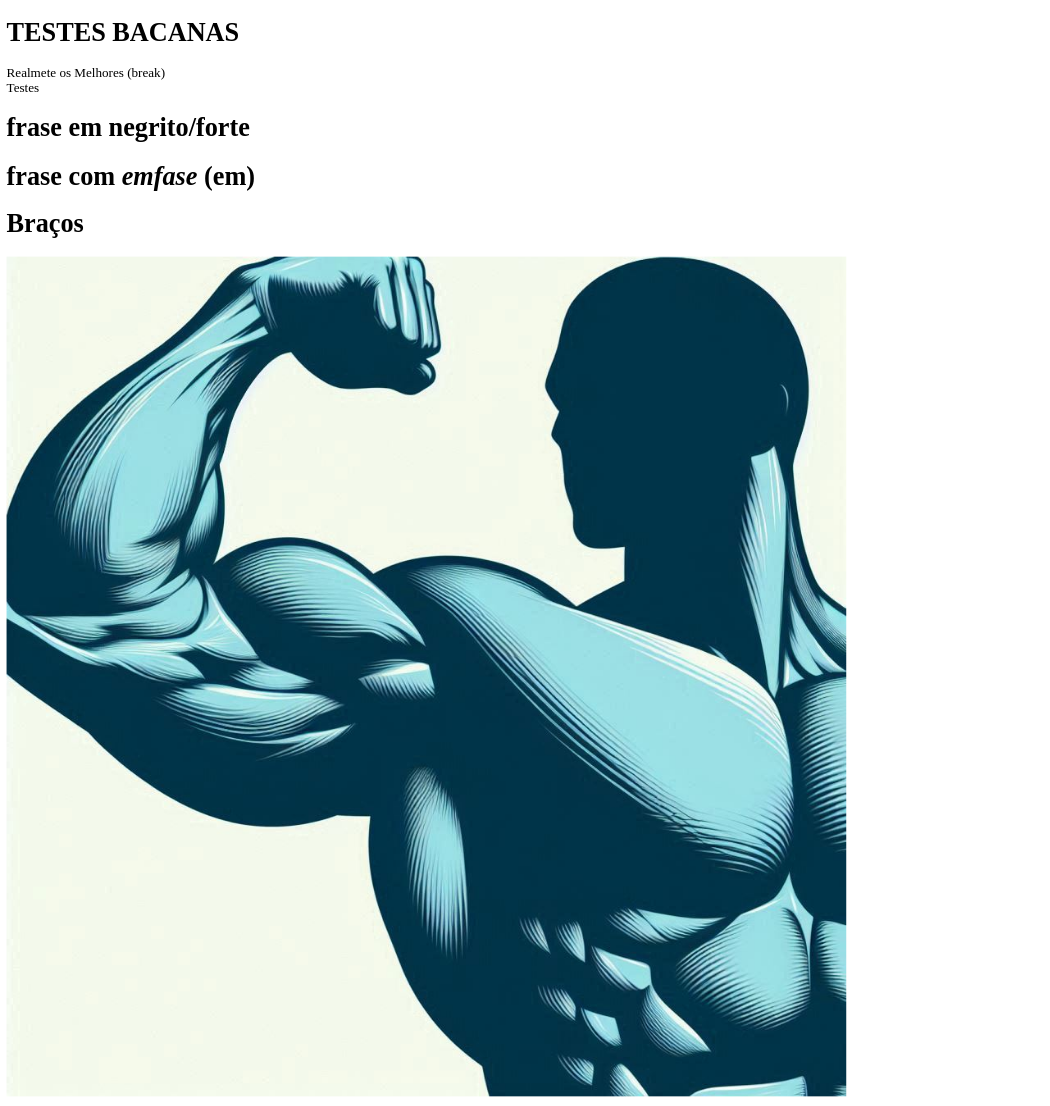
Repository: LuidyOn/Site_Forca_Total
Page: ForçaTotal/teste.html
An editor plug-in stored every save of this project. The page is shown before and after a run of saves, followed by the edit.
The browser window is 1280 px wide. The pictures show the whole page, at 82% of full size.

Above is the page before, as saved 2025-05-13 18:48:59.

### ForçaTotal/teste.html
<!DOCTYPE html>
<html lang="pt-br">
<head>
  <meta charset="UTF-8">
  <meta name="viewport" content="width=device-width, initial-scale=1.0">
  <link rel="shortcut icon" href="img/icons/logo.ico" type="image/x-icon">
  <title>Testes Força total</title>
</head>
<body>

<h1>TESTES BACANAS</h1>

  <p>Realmete os Melhores (break)<br> Testes </p>

<H1>frase em <strong>negrito/forte</strong> <br> </H1>

<H1>frase com <em>emfase</em> (em) </H1>

  <h1>Braços</h1>
<img src="img/parteSerior.png" alt="parte superior">

</body>
</html>

After the next 3 saves:
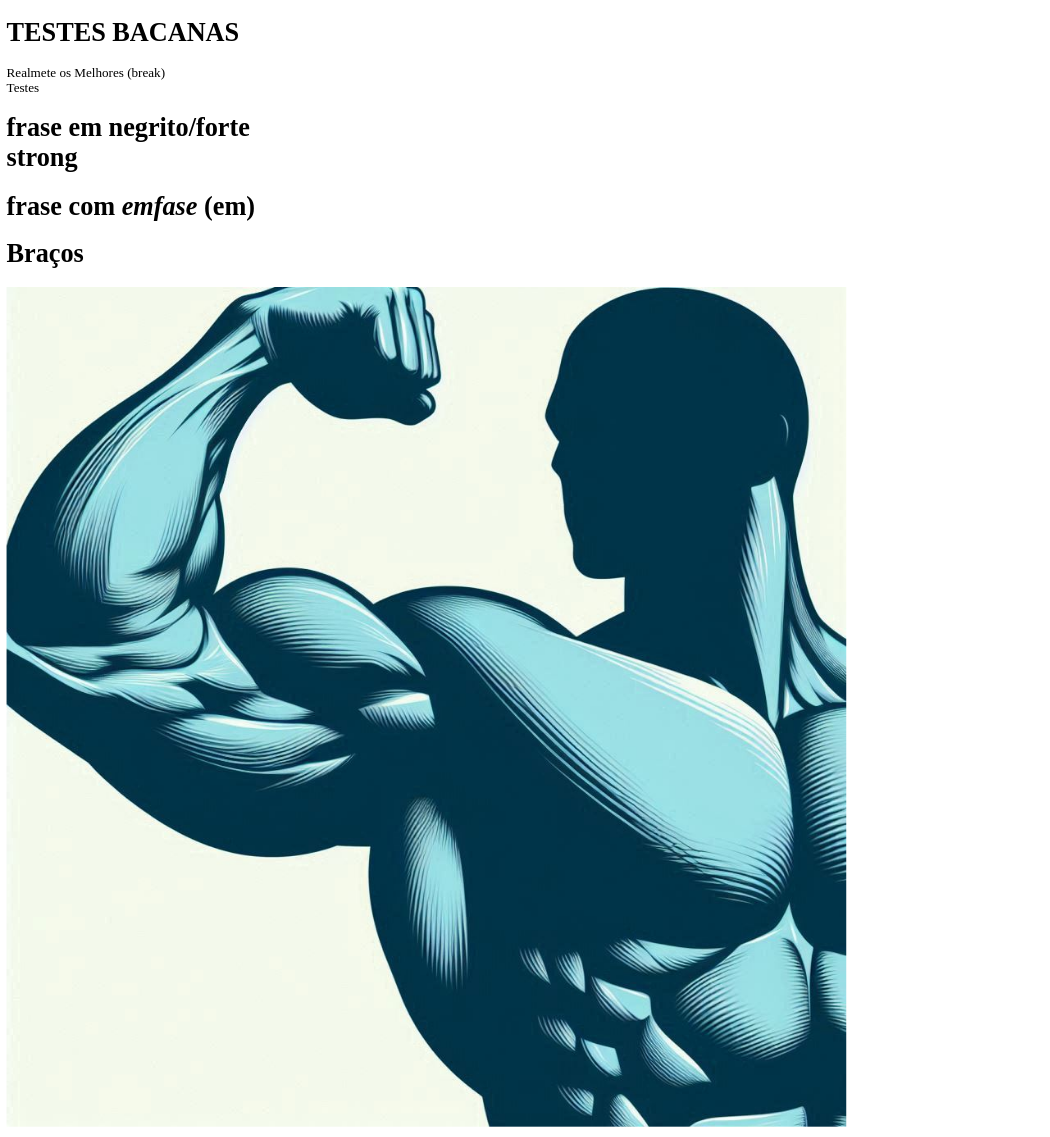
The 3 saves are shown as one change because they came seconds apart.
The last was saved 23 s later.
--- a/ForçaTotal/teste.html
+++ b/ForçaTotal/teste.html
@@ -12,7 +12,7 @@
 
   <p>Realmete os Melhores (break)<br> Testes </p>
 
-<H1>frase em <strong>negrito/forte</strong> <br> </H1>
+<H1>frase em <strong>negrito/forte</strong> <br>strong </H1>
 
 <H1>frase com <em>emfase</em> (em) </H1>
 
